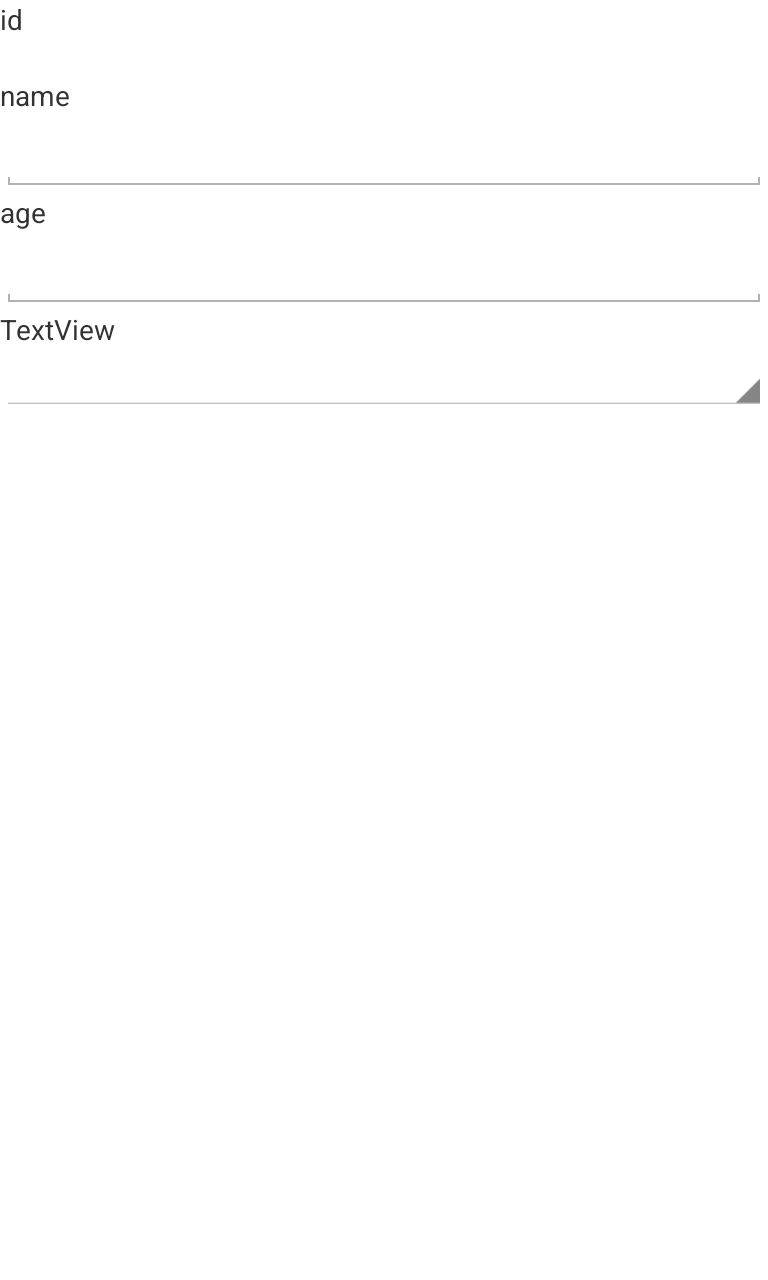
Repository: superlikex/Android_task
Layout: DatabaseTest/res/layout/activity_add.xml
The author's editor kept a copy of each file at every save. The layout is drawn from the files as they stood at one save, then again after the next save.
It is drawn on a 768 x 1280 px phone screen (xhdpi) without system bars, with theme AppTheme; the app's code is not run.

Above is the layout before, as saved 2015-12-06 05:52:47.

After the next save:
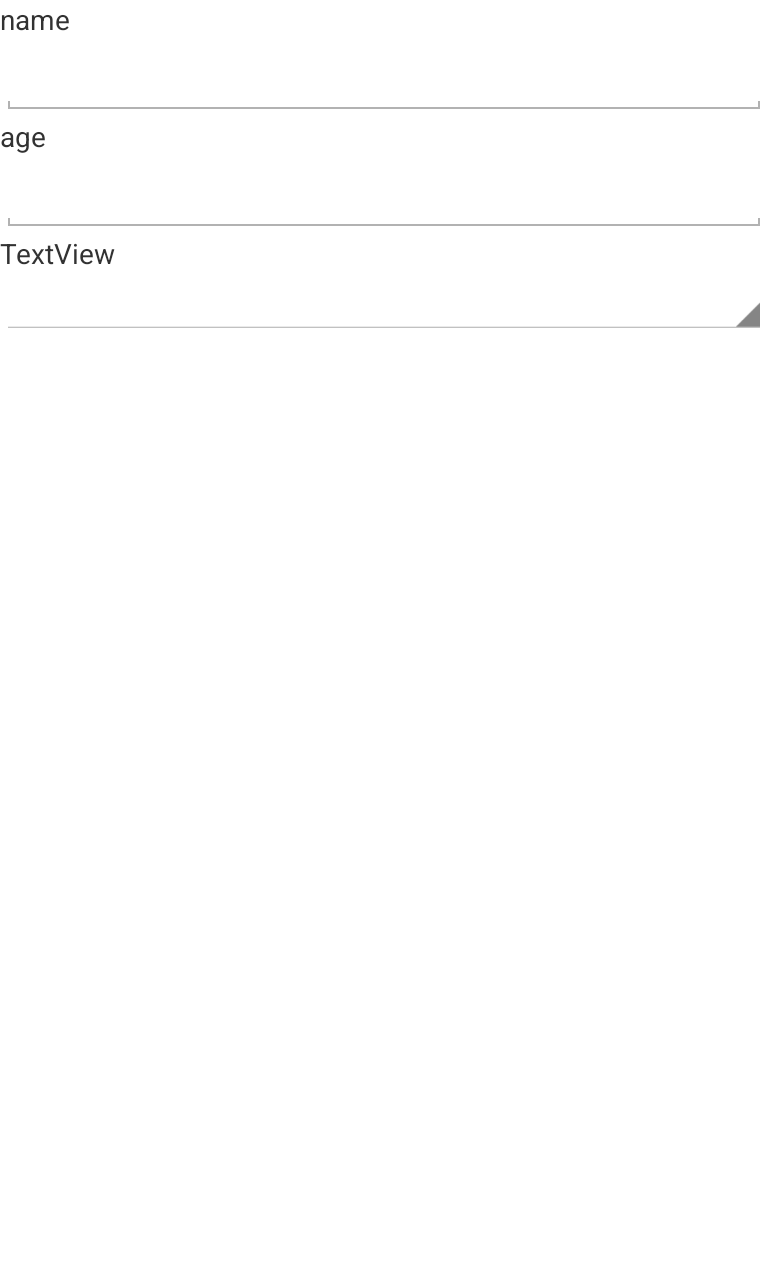
Saved 45 s later.
--- a/DatabaseTest/res/layout/activity_add.xml
+++ b/DatabaseTest/res/layout/activity_add.xml
@@ -4,17 +4,7 @@
     android:layout_height="match_parent"
     android:orientation="vertical" >
 
-       <TextView
-        android:id="@+id/textView4"
-        android:layout_width="wrap_content"
-        android:layout_height="wrap_content"
-        android:text="id" />
 
-    <TextView
-        android:id="@+id/text_id"
-        android:layout_width="wrap_content"
-        android:layout_height="wrap_content"
-        android:text="" />
 
     <TextView
         android:id="@+id/text_name"
